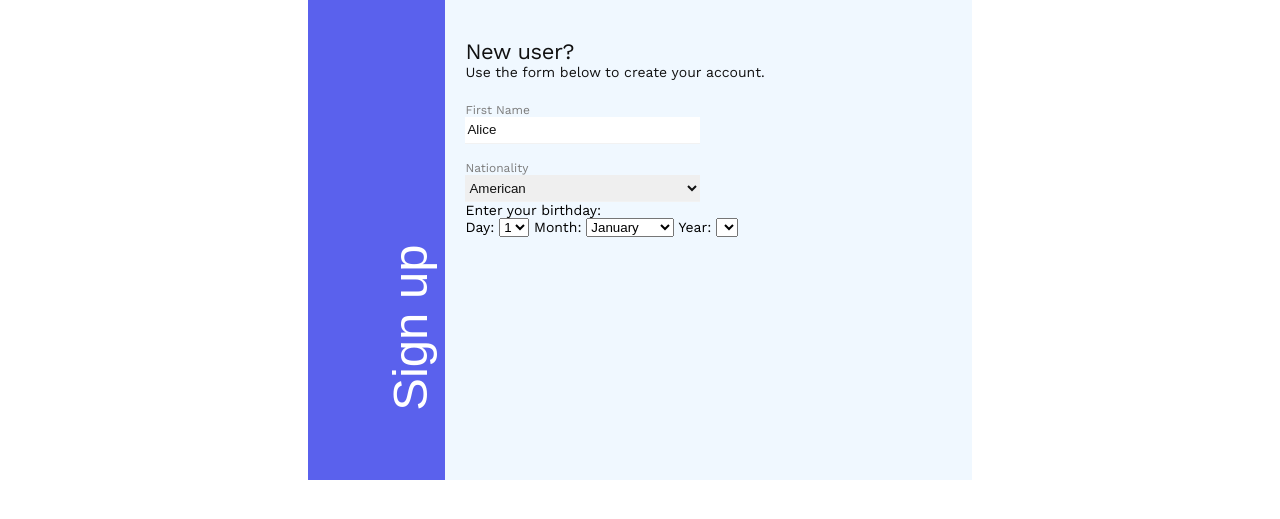
Repository: MorgunovaAlexandra/forma
Page: index.html
These files come from the project's save history. The page is drawn as it stood at one moment and after the next save; the edit follows.
The browser window is 1280 px wide. The pictures show the whole page.
Some web fonts or font styles are not loaded; a fallback is used.

Above is the page before, as saved 2022-07-18 13:18:39.

After the next save:
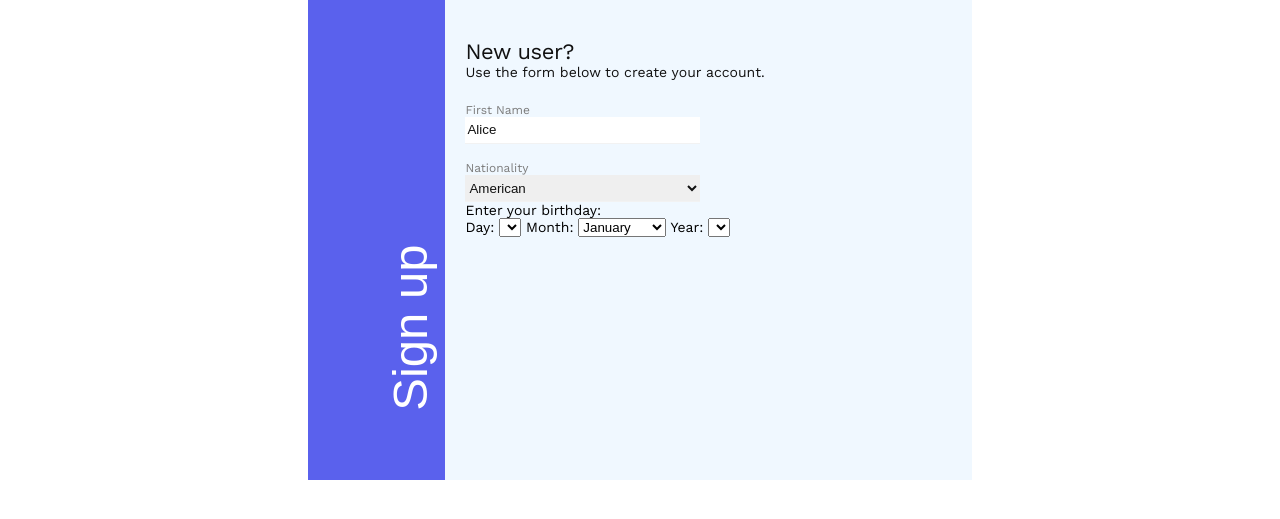
Console error: TypeError: Cannot read properties of null (reading 'appendChild')
Saved 18 s later.
--- a/index.html
+++ b/index.html
@@ -34,7 +34,7 @@
                     <span>
                       <label for="day">Day:</label>
                       <select id="day" name="day">
-                        <option id="option__day">1</option>
+
                       </select>
                     </span>
                     <span>
